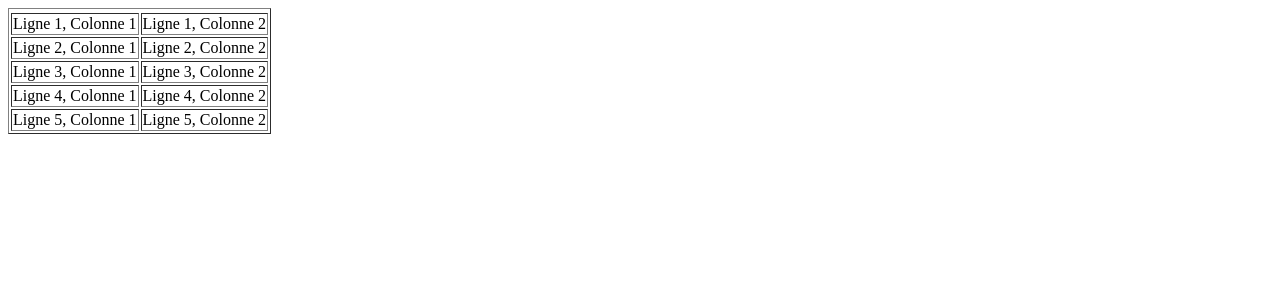
Repository: Chaimaa482/web-tp4
Page: ex1.html
An editor plug-in stored every save of this project. The page is shown before and after the next save, followed by the edit.
The browser window is 1280 px wide. The pictures show the whole page.

Above is the page before, as saved 2023-10-22 15:36:42.
Console error: TypeError: Cannot set properties of null (setting 'colSpan')

### ex1.html
<!DOCTYPE html>
<html>
<head>
</head>
<body>
    <table id="myTable" border="1">
        <tr>

        </tr>
        <tr>
            <td>Ligne 1, Colonne 1</td>
            <td>Ligne 1, Colonne 2</td>
        </tr>
        <tr>
            <td>Ligne 2, Colonne 1</td>
            <td>Ligne 2, Colonne 2</td>
        </tr>
        <tr>
            <td>Ligne 3, Colonne 1</td>
            <td>Ligne 3, Colonne 2</td>
        </tr>
        <tr>
            <td>Ligne 4, Colonne 1</td>
            <td>Ligne 4, Colonne 2</td>
        </tr>
        <tr>
            <td>Ligne 5, Colonne 1</td>
            <td>Ligne 5, Colonne 2</td>
        </tr>
    </table>

    <script>
        var table = document.getElementById("myTable");
        var cells = table.getElementsByTagName("td");


        // Fusionner les cellules de la première ligne
        var th = table.querySelector("tr:first-child th");
        th.colSpan = 2;

        // Donner une couleur de fond rose aux lignes paires et beige aux lignes impaires
        var rows = table.querySelectorAll("tr");
        for (var i = 1; i < rows.length; i++) {
            if (i % 2 === 0) {
                rows[i].style.backgroundColor = "pink";
            } else {
                rows[i].style.backgroundColor = "beige";
            }
        }

        // Donner une classe col1 aux colonnes paires et col2 aux colonnes impaires
        var cellsCol1 = table.getElementsByClassName("col1");
        var cellsCol2 = table.getElementsByClassName("col2");
        for (var i = 0; i < cells.length; i++) {
            if (i % 2 === 0) {
                cells[i].className = "col1";
            } else {
                cells[i].className = "col2";
            }
        }

        // Augmenter le padding de toutes les cellules sauf celles de la première ligne
        for (var i = 1; i < cells.length; i++) {
            cells[i].style.padding = "10px";
        }
    </script>
</body>
</html>

After the next save:
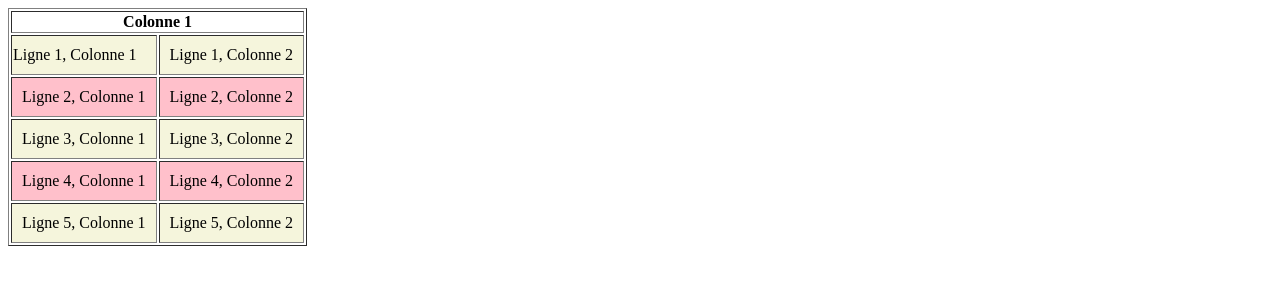
The error is gone.
Saved 6 s later.
--- a/ex1.html
+++ b/ex1.html
@@ -5,7 +5,7 @@
 <body>
     <table id="myTable" border="1">
         <tr>
-
+            <th>Colonne 1</th>
         </tr>
         <tr>
             <td>Ligne 1, Colonne 1</td>
